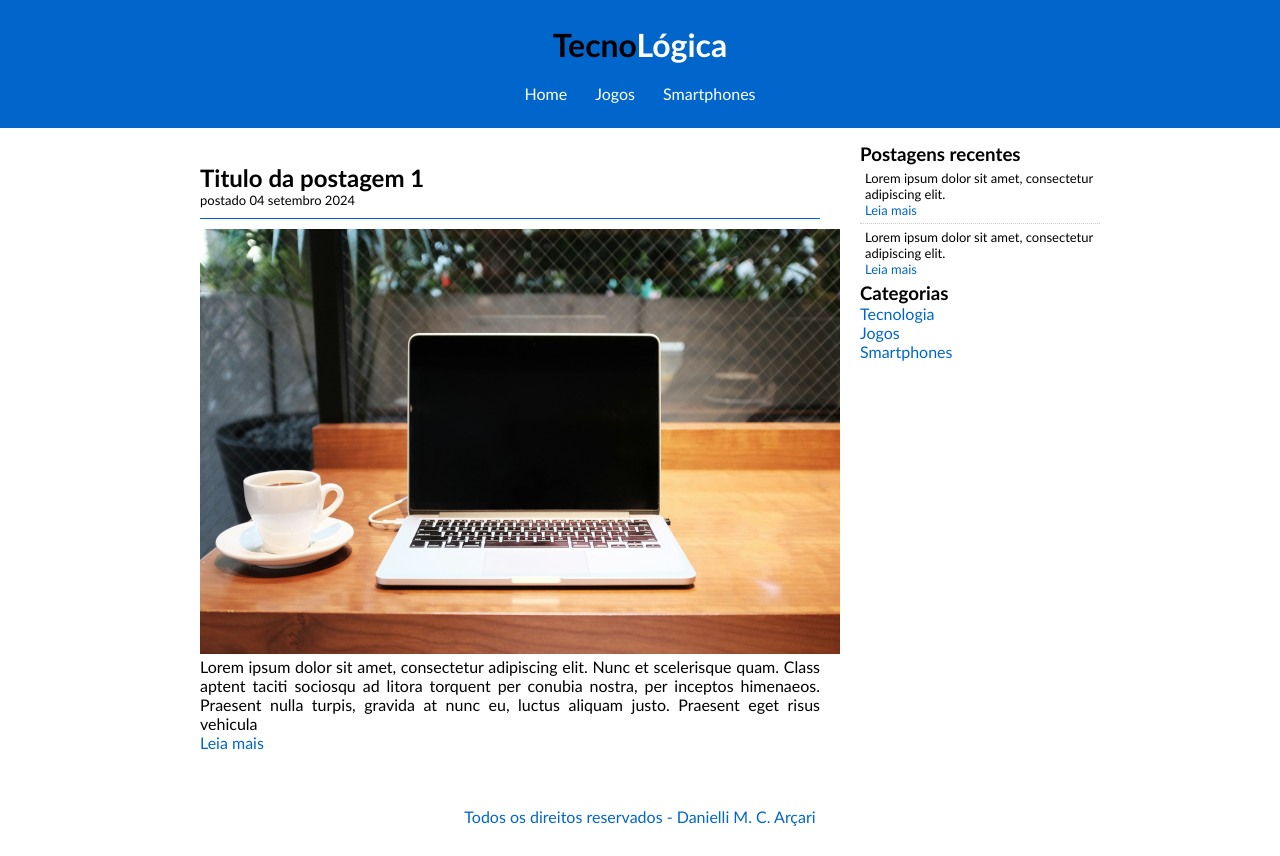
Repository: danielli-arcari/blog-html-css
Page: index.html
The author's editor kept a copy of each file at every save. The page is drawn from the files as they stood at one save, then again after the next save.
The browser window is 1280 px wide. The pictures show the whole page.

Above is the page before, as saved 2026-03-10 16:50:49.

### index.html
<!DOCTYPE html>
<html lang="pt-br">

<head>
    <meta charset="UTF-8">
    <meta name="viewport" content="width=device-width, initial-scale=1.0">
    <title>TecnoLógica - Tudo sobre tecnologia</title>

    <link rel="stylesheet" href="css/style.css">
</head>

<body>

    <div id="header">

        <div id="logo">
            <h1>Tecno<span class="white">Lógica</span></h1>
        </div>

        <div id="menu">
            <a href="index.html">Home</a>
            <a href="jogos.html">Jogos</a>
            <a href="smartphones.html">Smartphones</a>
        </div>

    </div>

    <div id="content">

        <div id="posts">

            <!-- abertura postagem -->
            <div class="post">
                <h2>Titulo da postagem 1</h2>
                <span class="data-post">postado 04 setembro 2024</span>
                <img class="img-post" src="imagens/tecnologia01.png">
                <p>
                    Lorem ipsum dolor sit amet, consectetur adipiscing elit. Nunc et scelerisque quam. Class aptent taciti sociosqu ad litora torquent per conubia nostra, per inceptos himenaeos. Praesent nulla turpis, gravida at nunc eu, luctus aliquam justo. Praesent eget risus vehicula
                </p>
                <a href="">Leia mais</a>
            </div>
            <!--fechamento postagem -->

        </div>

        <div id="right-side">

            <div class="content-right">
                <h3>Postagens recentes</h3>

                <div class="post-right">
                    <p>Lorem ipsum dolor sit amet, consectetur adipiscing elit.</p>
                    <a href="">Leia mais</a>
                </div>

                <div class="post-right" style="border-bottom: none;">
                    <p>Lorem ipsum dolor sit amet, consectetur adipiscing elit.</p>
                    <a href="">Leia mais</a>
                </div>

            </div>

            <div class="content-right">
                <h3>Categorias</h3>

                <a href="">Tecnologia</a><br>
                <a href="">Jogos</a><br>
                <a href="">Smartphones</a><br>

            </div>

        </div>

        <div id="footer">
            Todos os direitos reservados - Danielli M. C. Arçari
        </div>

    </div>
</body>

</html>

### css/style.css
/*
***limpar formatações***
*/
*{
    margin: 0;
    padding: 0;
}
/*
***Formatações genéricas***
*/

body{
    font-size: 16px;
    font-family: 'Trebuchet MS', 'Lucida Sans Unicode', 'Lucida Grande', 'Lucida Sans', Arial, sans-serif;
}

/*
***header***
*/
#header{
    background-color: #0066CC;
    padding: 15px;
    text-align: center;
}

#logo, #menu{
    padding: 10px;
}

#header a:link, #header a:visited{
    color: #FFFFFF;
    padding: 8px 12px;
}

#header a:hover{
    color: #0066CC;
    background: #FFFFFF;
    text-decoration: none;
}
.white{
    color: #FFFFFF;
}

/*
***ccontent***
*/
#content{
    width: 920px;
    margin: 0 auto;
    padding: 15px;
}

#posts{
    width: 660px;
    float: left;
}

.post{
    padding: 20px;
    margin-bottom: 20px;
    background: #FFFFFF;
    text-align: justify;
}

.data-post{
    font-size: 13px;
    border-bottom: 1px solid #0066CC;
    padding-bottom: 10px;
    margin-bottom: 10px;
    display: block;
}

/*
***Right side***
*/
#right-side{
    width: 240px;
    float: right;
}

/*
***content right***
*/
#content-right{
    background: #FFFFFF;
    padding: 10px;
    margin-bottom: 20px;
}

.post-right{
    font-size: 13px;
    padding: 5px;
    border-bottom: 1px dotted #CCCCCC;
}

/*
***Formatação links***
*/
a{
    text-decoration: none;
}

a:link, a:visited{
    color: #0066CC;
}

a:hover{
    text-decoration: underline;
}

/*
***Footer***
*/
#footer{
    clear: both;
    text-align: center;
    padding: 15px;
    background:#FFFFFF;
    color: #0066CC;
}

After the next save:
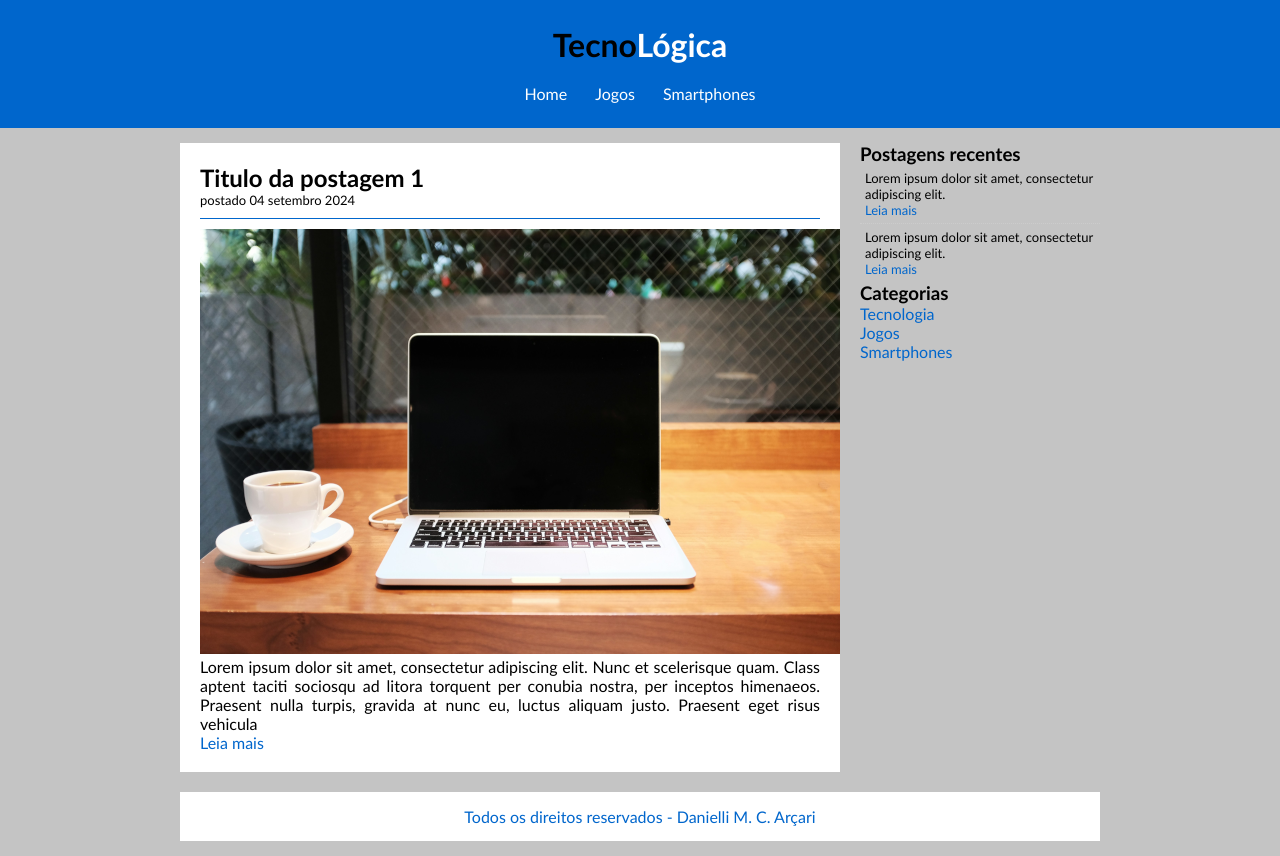
Saved 40 s later.
--- a/css/style.css
+++ b/css/style.css
@@ -12,6 +12,7 @@
 body{
     font-size: 16px;
     font-family: 'Trebuchet MS', 'Lucida Sans Unicode', 'Lucida Grande', 'Lucida Sans', Arial, sans-serif;
+    background-color: #C4C4C4;
 }
 
 /*
